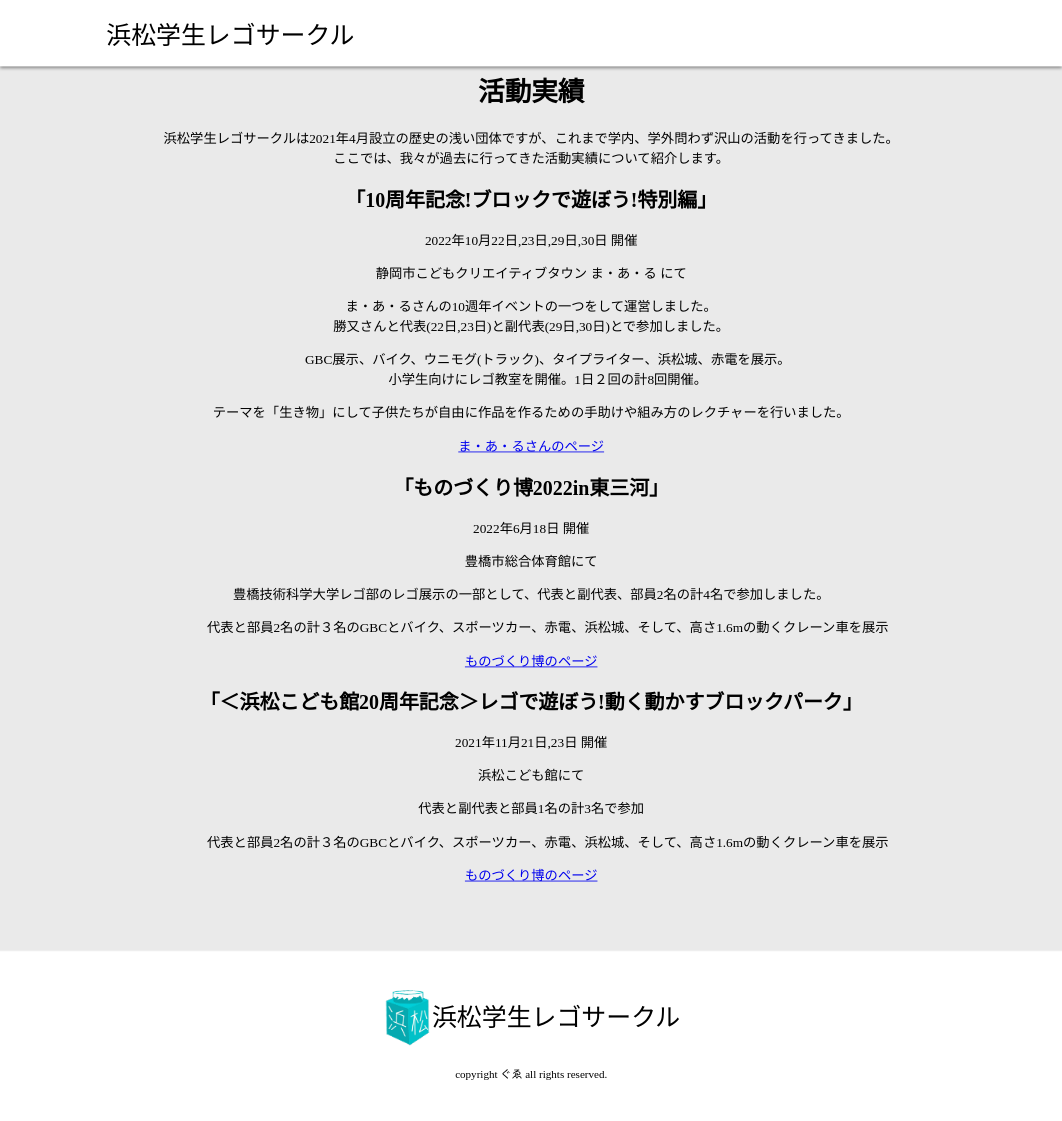
Repository: ghevp/LEGO-club
Page: http://localhost/?page=achievement
These files come from the project's save history. The page is drawn as it stood at one moment and after the next save; the edit follows.
The browser window is 1280 px wide. The pictures show the whole page, at 83% of full size.
Some web fonts or font styles are not loaded; a fallback is used. The page is run by PHP 8.4 with error messages shown; the project is at /var/www/html/.

Above is the page before, as saved 2022-11-11 15:33:41.

### index.php
<!DOCTYPE html>
<html lang="ja">
<?php
    if(isset($_GET['page'])){
     $page=$_GET['page'];
    };
     if(isset($page)){


     }else{
                   $page="home";
     };
     $title = array('home' => "ホーム",
     'kainokoushiki' => "解の公式",
     'enword'=>"英語",
    'policy' => "ポリシー",
    'achievement' => "活動実績"
    );

     $c=0;
     $x=0;
     $y=0;
     $t=0;
?>
<head>
    <script async src="https://pagead2.googlesyndication.com/pagead/js/adsbygoogle.js?client=ca-pub-6911517647778874"
     crossorigin="anonymous"></script>
        <meta charset="UTF-8">
       <!-- Global site tag (gtag.js) - Google Analytics -->

</script>
        <meta name="author" content="ぐゑ">
        <meta name="twitter:card" content="summary_large_image">
        <meta name="twitter:site" content="@ghevp">
        <meta property="og:url" content="https://shizudailego.com">
        <meta property="og:title" content="浜松学生レゴサークル">
        <meta name="og:description" content="浜松を中心に活動している学生主体のレゴサークルです！！">
        <link rel="preconnect" href="https://fonts.googleapis.com">
        <link rel="preconnect" href="https://fonts.gstatic.com" crossorigin>
        <link href="https://fonts.googleapis.com/css2?family=Noto+Serif+JP:wght@500&family=Shippori+Mincho+B1:wght@800&family=Yuji+Syuku&display=swap" rel="stylesheet">
        <link rel="icon" href="img/favicon.ico" type="image/x-icon">
        <meta name="viewport" content="width=device-width,initial-scale=1.0,minimum-scale=1.0">
        <link rel="preconnect" href="https://fonts.googleapis.com">
        <link rel="preconnect" href="https://fonts.gstatic.com" crossorigin>
        <link href="https://fonts.googleapis.com/css2?family=M+PLUS+Rounded+1c&display=swap" rel="stylesheet">
        <meta name="viewport" content="width=device-width,initial-scale=1.0,minimum-scale=1.0">
        <link rel="preconnect" href="https://fonts.googleapis.com">
<link rel="preconnect" href="https://fonts.gstatic.com" crossorigin>
<link href="https://fonts.googleapis.com/css2?family=Kosugi&display=swap" rel="stylesheet">
        <link rel="stylesheet" href="css/style.css"><!--後でphpのif文の作成-->
        <title>
        <?php
      if (isset($title) == "") {
        echo "浜松学生レゴサークル";
    } else {
        echo "" . $title[$page] . " - 浜松学生レゴサークル";
    }
   ?>
        </title>

    <body style="margin: 0;">
        <?php


            include('page/'.$page.".php");




    ?>
     <header class="header">
        <div class="header_inner">

            <a href="?page=home">浜松学生レゴサークル</a>
        </div>
     </header>
     <footer class="footer">
        <div class="footer_inner">
        <img src="img/logo.png">
        <a href="?page=home">浜松学生レゴサークル</a>
        </div>
        <div class="copyright">
    <p><small>copyright <a href="https://ghevp.com">ぐゑ</a> all rights reserved.</small></p>
        </div>
    </footer>
    </body>

### page/achievement.php
<main class="main">
    <div class="achievement">
    <h1>活動実績</h1>
    <p>浜松学生レゴサークルは2021年4月設立の歴史の浅い団体ですが、これまで学内、学外問わず沢山の活動を行ってきました。<br>
    ここでは、我々が過去に行ってきた活動実績について紹介します。</p>
    <div class="one_of_achievement">
    <h2>「10周年記念!ブロックで遊ぼう!特別編」</h2>
    <p class="date">2022年10月22日,23日,29日,30日 開催</p>
    <p>静岡市こどもクリエイティブタウン ま・あ・る にて</p>
    <p>ま・あ・るさんの10週年イベントの一つをして運営しました。<br>
    勝又さんと代表(22日,23日)と副代表(29日,30日)とで参加しました。<br>
    <ul>
    <li>GBC展示、バイク、ウニモグ(トラック)、タイプライター、浜松城、赤電を展示。</li>
    <li>小学生向けにレゴ教室を開催。1日２回の計8回開催。</li>
    </ul>
    テーマを「生き物」にして子供たちが自由に作品を作るための手助けや組み方のレクチャーを行いました。
    </p>
    <a href="https://maaru-ct.jp/report/155443/?s=06">ま・あ・るさんのページ</a>
    </div>
    <div class="one_of_achievement">
    <h2>「ものづくり博2022in東三河」</h2>
    <p class="date">2022年6月18日 開催</p>
    <p>豊橋市総合体育館にて</p>
    <p>豊橋技術科学大学レゴ部のレゴ展示の一部として、代表と副代表、部員2名の計4名で参加しました。<br>
    <ul>
    <li>代表と部員2名の計３名のGBCとバイク、スポーツカー、赤電、浜松城、そして、高さ1.6mの動くクレーン車を展示</li>

    </ul>

    <a href="https://www.honokuni.or.jp/toyohashi/event-info/?Mode=detail&code=554">ものづくり博のページ</a>
    </p>

    </div>
    <div class="one_of_achievement">
    <h2>「＜浜松こども館20周年記念＞レゴで遊ぼう!動く動かすブロックパーク」</h2>
    <p class="date">2021年11月21日,23日 開催</p>
    <p>浜松こども館にて</p>
    <p>代表と副代表と部員1名の計3名で参加<br>
    <ul>
    <li>代表と部員2名の計３名のGBCとバイク、スポーツカー、赤電、浜松城、そして、高さ1.6mの動くクレーン車を展示</li>

    </ul>

    <a href="https://www.honokuni.or.jp/toyohashi/event-info/?Mode=detail&code=554">ものづくり博のページ</a>
    </p>

    </div>
    </div>
</main>

### css/style.css
.container {
    padding: 0 2rem;
  }
  .header{
    position: fixed;
    top:0;
    left: 0;
    right: 0;
    height: 80px;
    background-color: white;
    z-index: 10;
    box-shadow: 0 2px 4px gray;
  }
  .policy{
    position: absolute;
    flex:3;
  }

  .policy h1{
    font-family: 'Yuji Syuku', serif;
    font-size: 100px;
    color: rgb(255, 255, 255);
    text-shadow: 1px 1px 10px black;
    padding-bottom: 200px;
  }
  @media (min-width: 1500px) {
  .policy h1 {
      font-size: 150px;
    }
  }
  @media (max-width: 900px) {
    .policy h1 {
        font-size: 50px;
      }
    }
 .achievement p{
  text-align: center;
 }
 .achievement{
  text-align: center;
 }
 .achievement h1{
  text-align: center;
 }
 .achievement li{
  list-style: none;
 }
  .header_inner{
    padding-left: 10%;
    padding-right: 10%;
    height: 100%;
    position: relative;
    display: flex;
    justify-content: space-between;
    align-items: center;

  }
  .header_inner a{
    text-decoration: none;
    color:inherit;
    font-size: 30px;
    font-family: 'Shippori Mincho B1', serif;
  }

  .main h2{
    text-align: center;
  }

  .header_logo img{
    width: 80px;
    display: block;
  }
  .header_site_menu{

    position: absolute;
    top: 100%;
    right: 0;
    left: 80%;
    color: whitesmoke;
    padding-top: 50px;
    background-color: #0070f3;
    padding-bottom: 100%;
    display: none;

  }
  .site_menu{
    align-items: center;

  }
  .site_menu ul{
    list-style: none;
    font-size: 20px;


  }
  .site_menu li{
    margin-top: 20px;
  }
  .site_menu a{

    color:inherit;
    text-decoration: none;
  }
  .button{
    display: block;
    width: 64px;
    height: 54px;
    background-image: url(https://github.com/ghevp/my-portfolio/blob/main/img/hbm.png?raw=true);
    background-size: 90%;
    background-position: center;
    background-repeat: no-repeat;
    background-color: transparent;
    border-radius:0;
    outline: none;
    border: none;
  }
  .header_site_menu.is-show{
    display: block;
  }
  .tell{
    position:inherit;
    width: 70%;
    max-width: 1000px;
  }
  .tell_include{
    display: flex;
    justify-content: space-between;

    align-items: center;

  }
  .tell_include img{
    width: 100%;
    display: block;
    border-radius: 20px;
    border:5px solid black;

  }

  .tell_include a{
    margin-left: 5%;
    margin-right: 5%;
  }
  .introduce{

  display: block;
   align-items: center;

  }
  .intro1{

    text-align: center;

  }
  .introduce ul{
    list-style: none;
    display: flex;
    justify-content: space-between;

  }
  .rinks ul{
    list-style: none;
    display: flex;
    justify-content: space-between;

  }
  .rinks a{
    text-align: center;
    font-size: 20px;
    width: 180px;
    height: 40px;
    color: #fafafa;
    border-radius: 15px;
    background-color:black
  }
  .introduce ul li{
    width: 30%;
    margin-left: 6%;
    margin-right: 6%;

  }
  .introduce_before{
    position:static;
    width: 65%;


  }
  .shizudai {
    font-size: 24px;

  }
  .introduce_before h1{
    text-align: center;
  }
  .details{
    text-align: center;

  }
  .details p{
    font-size: 18px;
  }
  .pin-main{
    flex: 2;
    position: relative;
  }
  .pic-main img{
    width: 100%;

  }
  .body{
    display: block;
    margin: 0;
  }
  .slider {
    width: 100%;

  　　overflow: hidden;
  　　margin: 0 auto;
   flex:2;

  }
  .slider-item {
    width: 100%;
    float: left;
  }
  img{
    width:100%;
  }
  .slider-inner {
    width: 300%;
    animation: slider 15s infinite ease;
    display: flex;
  }

  @keyframes slider {
    0% {
    transform: translateX(0);
    }
    15% {
    transform: translateX(-33.3%);
    }
    33% {
      transform: translateX(-33.3%);
      }
    48% {
    transform: translateX(-66.6%);
    }
    66% {
      transform: translateX(-66.6%);
      }
    81% {
      transform: translateX(0);
      }
    100% {
    transform: translateX(0);
    }
  }
  .main {
    min-height: 70vh;
    padding: 4rem 0;
    flex: 1;
    display: flex;
    flex-direction: column;
    justify-content: center;
    align-items: center;
    background-color: #eaeaea;
  }

  .footer {
    display: flex;
    flex-direction: column;
    padding: 2rem 0;
    border-top: 1px solid #eaeaea;
    justify-content: center;
    align-items: center;
    flex-grow: 1;
  }
  .footer img{
    width:60px;
  }
  .footer_inner{
    display:flex;
    align-items: center;
  }
  .footer_inner a{
    font-size: 30px;
    text-decoration: none;
    color: black;
    font-family: 'Shippori Mincho B1', serif;
  }
  .footer a{
    text-decoration: none;
    color: black;
  }


  .title a {
    color: #0070f3;
    text-decoration: none;
  }

  .title a:hover,
  .title a:focus,
  .title a:active {
    text-decoration: underline;
  }

  .title {
    margin: 0;
    margin-top: 80px;
    line-height: 1.15;
    font-size: 4rem;
  }

  .title,
  .description {
    text-align: center;
  }

  .description {
    margin: 4rem 0;
    line-height: 1.5;
    font-size: 1.5rem;
  }

  .code {
    background: #fafafa;
    border-radius: 5px;
    padding: 0.75rem;
    font-size: 1.1rem;
    font-family: Menlo, Monaco, Lucida Console, Liberation Mono, DejaVu Sans Mono,
      Bitstream Vera Sans Mono, Courier New, monospace;
  }

  .grid {
    display: flex;
    align-items: center;
    justify-content: center;
    flex-wrap: wrap;
    max-width: 800px;
  }

  .card {
    margin: 1rem;
    padding: 1.5rem;
    text-align: left;
    color: inherit;
    text-decoration: none;
    border: 1px solid #eaeaea;
    border-radius: 10px;
    transition: color 0.15s ease, border-color 0.15s ease;
    max-width: 300px;
  }

  .card:hover,
  .card:focus,
  .card:active {
    color: #0070f3;
    border-color: #0070f3;
  }

  .card h2 {
    margin: 0 0 1rem 0;
    font-size: 1.5rem;
  }

  .card p {
    margin: 0;
    font-size: 1.25rem;
    line-height: 1.5;
  }

  .logo {
    height: 1em;
    margin-left: 0.5rem;
  }

  @media (max-width: 600px) {
    .grid {
      width: 100%;
      flex-direction: column;
    }
  }

After the next save:
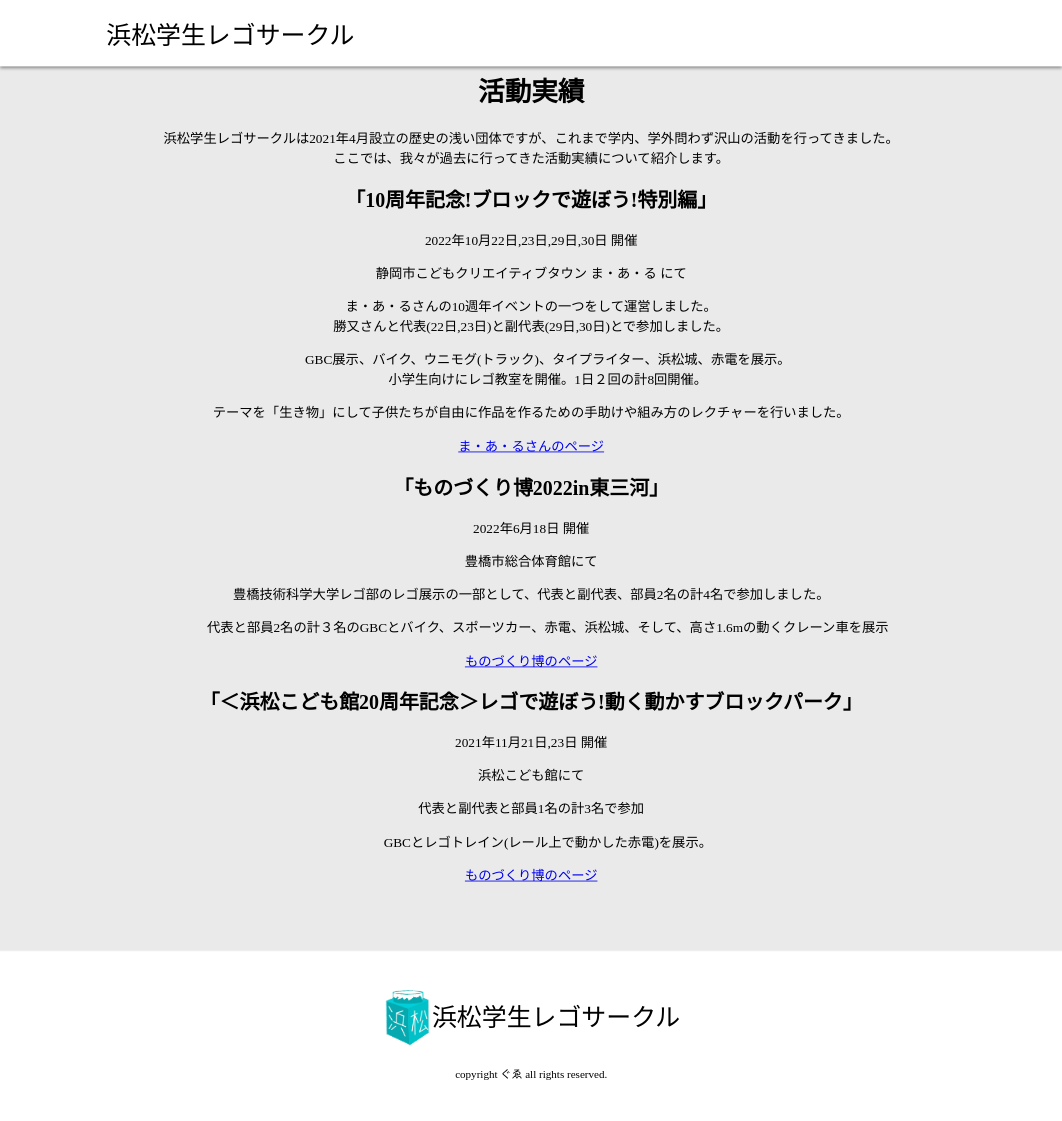
Saved 105 s later.
--- a/page/achievement.php
+++ b/page/achievement.php
@@ -37,7 +37,7 @@
     <p>浜松こども館にて</p>
     <p>代表と副代表と部員1名の計3名で参加<br>
     <ul>
-    <li>代表と部員2名の計３名のGBCとバイク、スポーツカー、赤電、浜松城、そして、高さ1.6mの動くクレーン車を展示</li>
+    <li>GBCとレゴトレイン(レール上で動かした赤電)を展示。</li>
 
     </ul>
 
